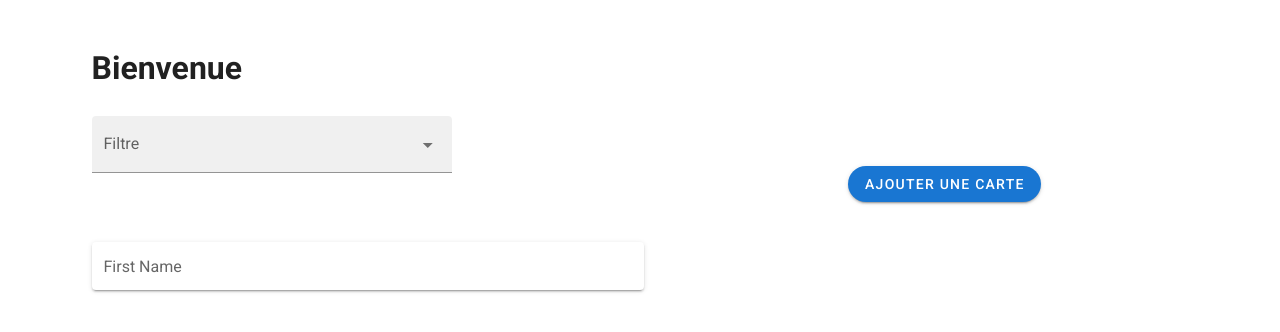
Repository: SidneyHodieb/myc
Page: /
These files come from the project's save history. The page is drawn as it stood at one moment and after the next save; the edit follows.
The browser window is 1280 px wide. The pictures show the whole page.
The project was rebuilt for these pictures with package versions that can differ from the ones it lists, and the page was loaded fresh each time. Also part of the build but not shown: vue.config.js.

Above is the page before, as saved 2021-04-01 23:23:15.

### src/App.vue
<template>
  <v-app>
    <v-main>
      <router-view></router-view>
    </v-main>
  </v-app>
</template>

<script>

export default {
  name: 'App',
  data: () => ({
    //
  }),
};
</script>

### src/views/Home.vue
<template>
  <v-container>
    <v-row class="mt-5 ml-5">
      <v-col cols="12" sm="12">
        <h1>Bienvenue</h1>
      </v-col>
      <v-col class="d-flex" sm="4">
        <v-select :items="items" filled label="Filtre"></v-select>
      </v-col>
     <v-col offset-md="2" sm="6" style="margin-top:50px">
      <div class="text-center">
        <v-btn rounded color="primary" dark offset-md="8">
          Ajouter une carte
        </v-btn>
      </div>
      </v-col>
      <v-col
          cols="12"
          sm="6"
          class="mt-4"
        >
          <v-text-field
            v-model="first"
            label="First Name"
            solo
          ></v-text-field>
        </v-col>
    </v-row>
  </v-container>
</template>

<script>
// @ is an alias to /src

export default {
  components: {},
};
</script>

Loaded but not shown: public/index.html (common file); src/main.js (common file); src/router/index.js (common file); src/store/index.js (common file); src/plugins/vuetify.js (common file)

After the next save:
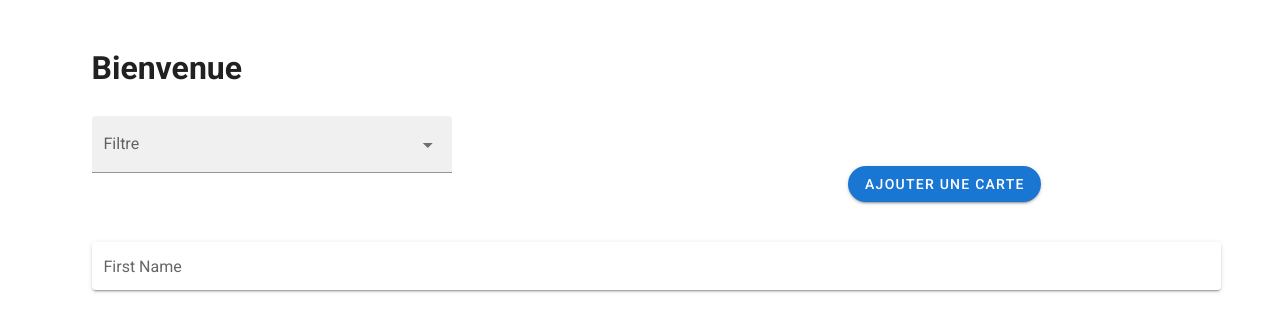
Saved 6 s later.
--- a/src/views/Home.vue
+++ b/src/views/Home.vue
@@ -16,7 +16,7 @@
       </v-col>
       <v-col
           cols="12"
-          sm="6"
+          sm="12"
           class="mt-4"
         >
           <v-text-field
